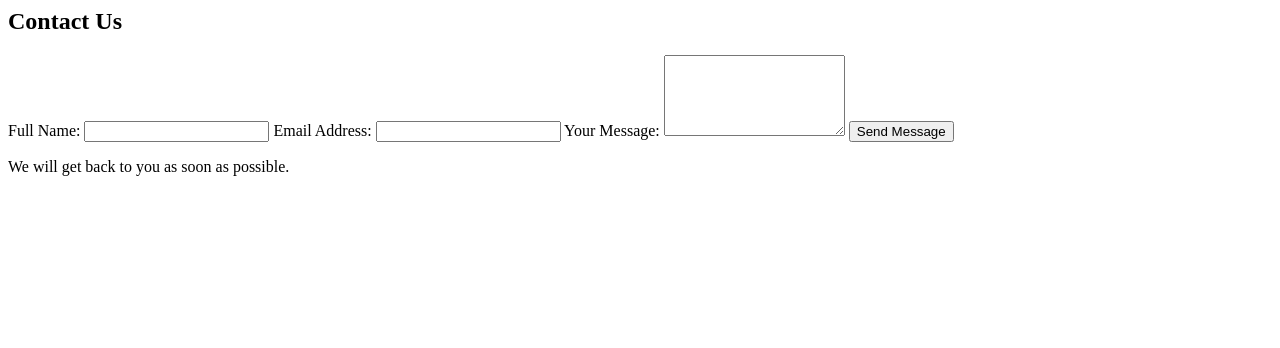
Repository: Shivanibasireddy/Software-Examples
Page: SpringBootMvctest/src/main/resources/static/ContactUs.html
The author's editor kept a copy of each file at every save. The page is drawn from the files as they stood at one save, then again after the next save.
The browser window is 1280 px wide. The pictures show the whole page.

Above is the page before, as saved 2024-12-19 10:06:45.

After the next save:
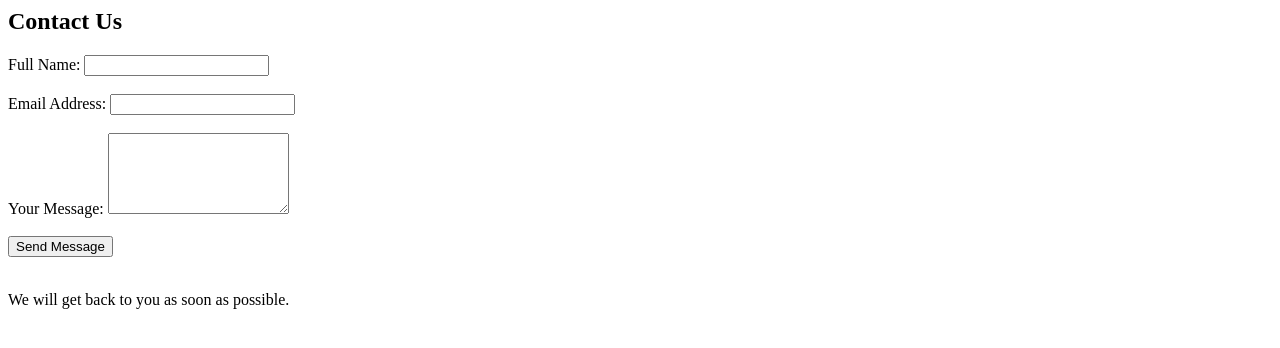
Saved 46 s later.
--- a/SpringBootMvctest/src/main/resources/static/ContactUs.html
+++ b/SpringBootMvctest/src/main/resources/static/ContactUs.html
@@ -7,15 +7,15 @@
         <h2>Contact Us</h2>
         <form action="submit_contact_form.php" method="POST">
             <label for="name">Full Name:</label>
-            <input type="text" id="name" name="name" required>
+            <input type="text" id="name" name="name" required><br><br>
 
             <label for="email">Email Address:</label>
-            <input type="email" id="email" name="email" required>
+            <input type="email" id="email" name="email" required><br><br>
 
             <label for="message">Your Message:</label>
-            <textarea id="message" name="message" rows="5" required></textarea>
+            <textarea id="message" name="message" rows="5" required></textarea><br><br>
 
-            <button type="submit">Send Message</button>
+            <button type="submit">Send Message</button><br><br>
         </form>
 
         <div class="form-footer">
